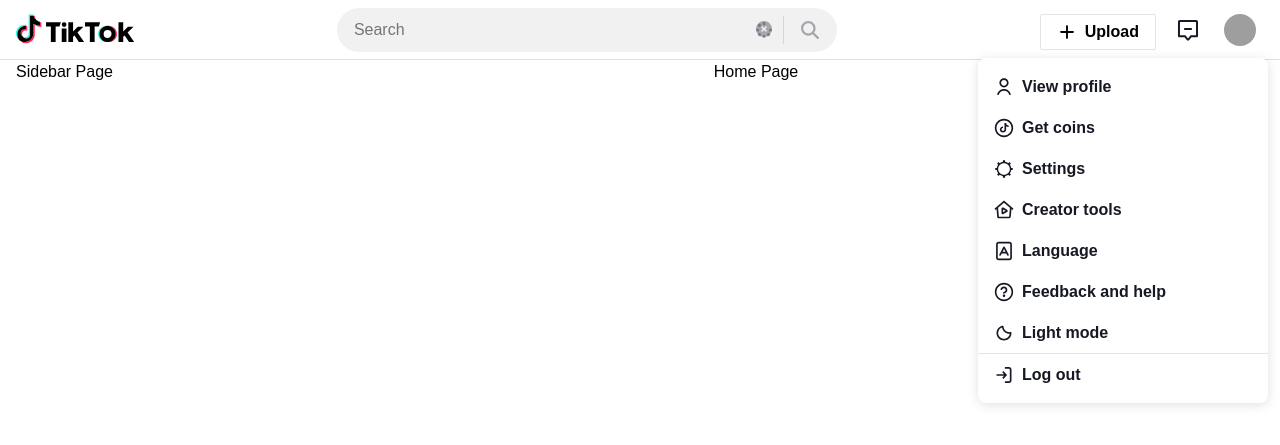
Repository: nvdao03/Tiktok
Page: /
These files come from the project's save history. The page is drawn as it stood at one moment and after the next save; the edit follows.
The browser window is 1280 px wide. The pictures show the whole page.
Pictures or frames that could not be fetched are drawn as grey boxes. Some web fonts or font styles are not loaded; a fallback is used. The project was rebuilt for these pictures with package versions that can differ from the ones it lists, and the page was loaded fresh each time. Also part of the build but not shown: vite.config.js, src/components/AccountItem/AccountItem.module.scss, src/components/Popper/Menu/Header.jsx, src/components/Layout/HeaderOnly/index.jsx, src/pages/Following/index.jsx, src/pages/Profile/index.jsx, src/pages/Upload/index.jsx, src/pages/Search/index.jsx.

Above is the page before, as saved 2025-01-08 23:58:23.

After the next save:
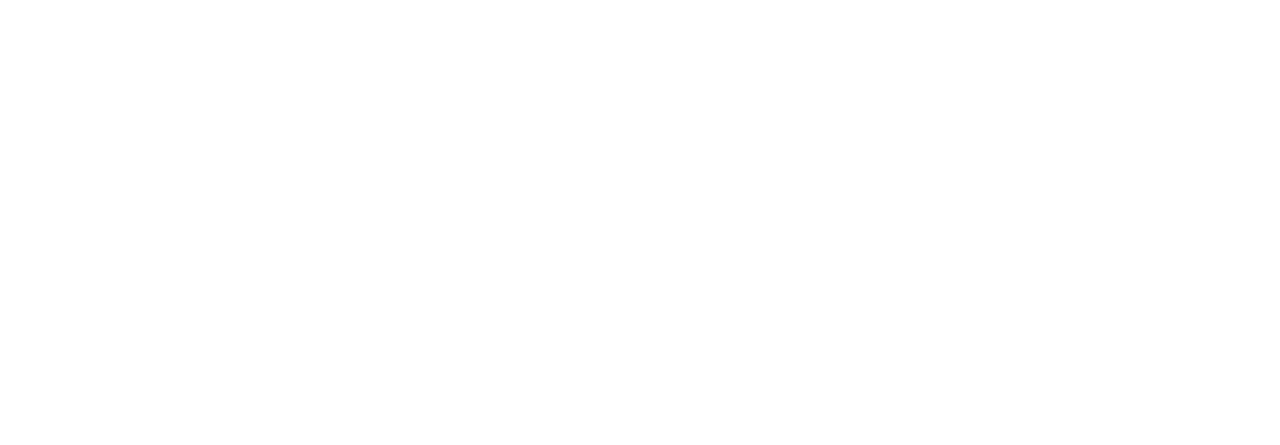
Console error: TypeError: Cannot read properties of null (reading 'contains')
Saved 14 min 21 s later.
--- a/src/components/Layout/components/Header/index.jsx
+++ b/src/components/Layout/components/Header/index.jsx
@@ -195,7 +195,7 @@
 
           <Menu items={currentUser ? userMenu : MENU_ITEMS} onChange={handleMenuChange}>
             {currentUser ? (
-              <img
+              <Image
                 className={cx('user-avatar')}
                 src="https://p16-sign-sg.tiktokcdn.com/aweme/1080x1080/tos-alisg-avt-0068/a7309a64c7b74183cef7285d16038a50.jpeg?lk3s=a5d48078&nonce=14777&refresh_token=b9c9c4e56da4de1b71487051c842858a&x-expires=1736413200&x-signature=FepoaF2HX5dqJZEPRdOhSRi0FwE%3D&shp=a5d48078&shcp=81f88b70"
                 alt="Nguyen Van A"

After the save that followed:
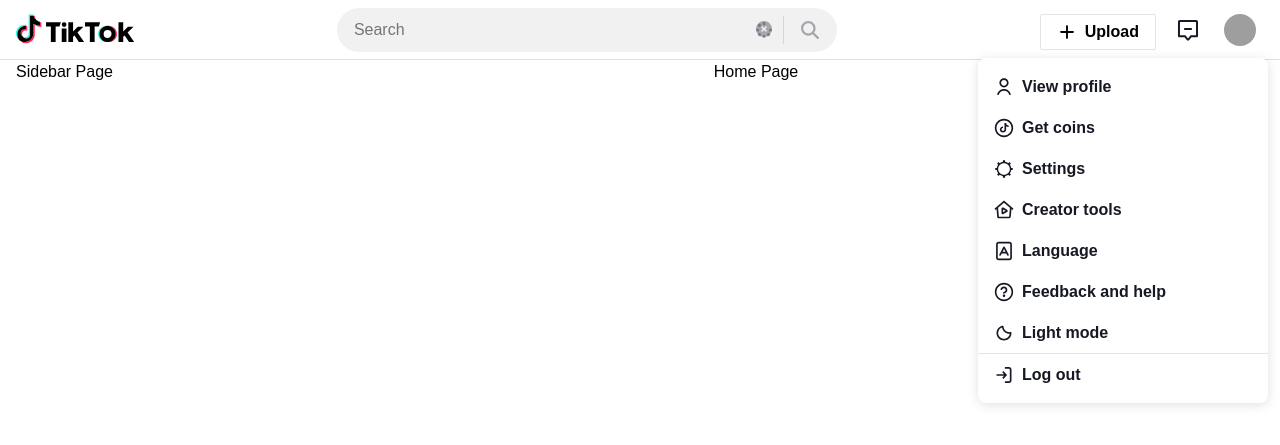
The error is gone.
Saved 4 min 45 s later.
--- a/src/components/Image/index.jsx
+++ b/src/components/Image/index.jsx
@@ -1,7 +1,7 @@
-import React from 'react';
+import React, { forwardRef } from 'react';
 
-function Image({ ...props }) {
-  return <img {...props} />;
-}
+const Image = forwardRef(({ ...props }, ref) => {
+  return <img ref={ref} {...props} />;
+});
 
 export default Image;
